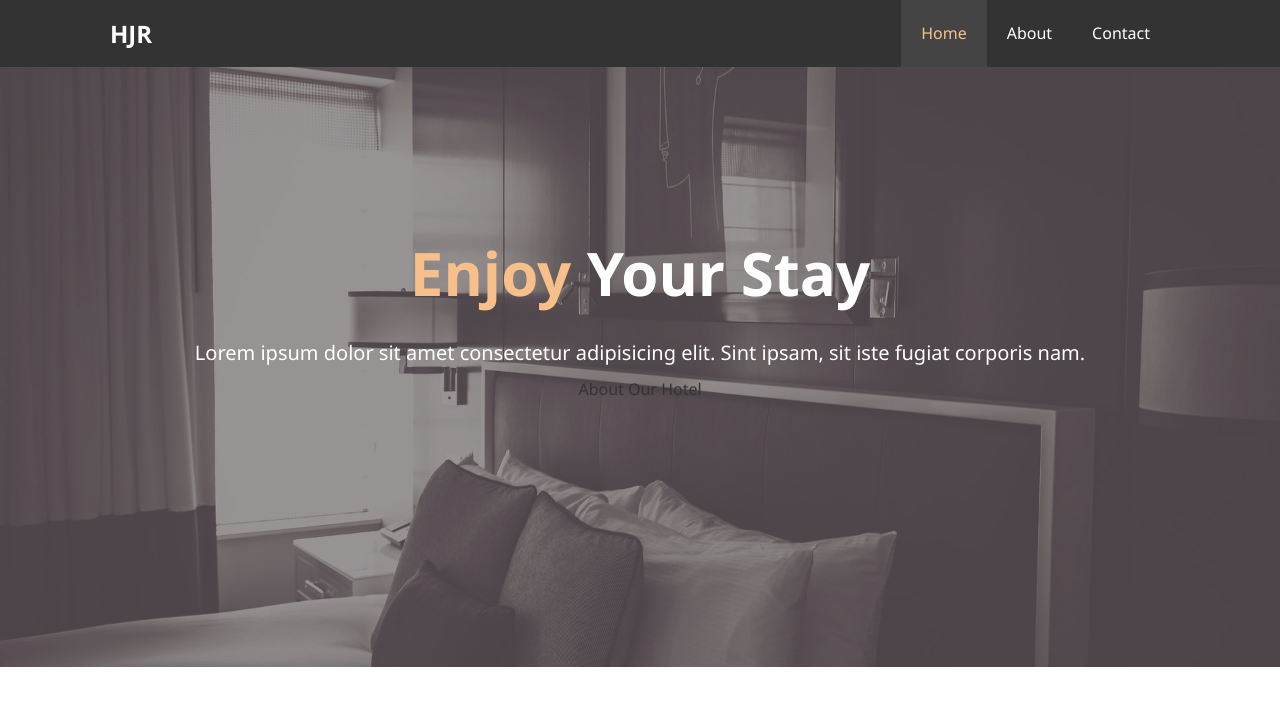
Repository: dimlutine/Hotel-Project
Page: index.html
These files come from the project's save history. The page is drawn as it stood at one moment and after the next save; the edit follows.
The browser window is 1280 px wide. The pictures show the whole page.

Above is the page before, as saved 2019-07-05 21:54:07.

### index.html
<!DOCTYPE html>
<html lang="en">

<head>
    <meta charset="UTF-8">
    <meta name="viewport" content="width=device-width, initial-scale=1.0">
    <meta http-equiv="X-UA-Compatible" content="ie=edge">
    <meta name="description" content="Welcome to the neatest hotel in Durham, North Carolina!">
    <meta name="keywords" content="hotel,durham hotel, north carolina hotel, rdu hotel">
    <link rel="stylesheet" href="css/style.css">
    <title>Hotel JR | Durham Hotel</title>
</head>

<body>
    <header>
        <nav id="navbar">
            <div class="container">
                <h1 class="logo"><a href="index.html">HJR</a></h1>
                <ul>
                    <li><a class="current" href="index.html">Home</a></li>
                    <li><a href="about.html">About</a></li>
                    <li><a href="contact.html">Contact</a></li>
                </ul>
            </div>

        </nav>
        <div id="showcase">
            <div class="container">
                <div class="showcase-content">
                    <h1>
                        <span class="text-primary">Enjoy</span> Your Stay
                    </h1>
                    <p class="lead">Lorem ipsum dolor sit amet consectetur adipisicing elit. Sint ipsam, sit iste fugiat corporis nam.</p>
                    <a class="btn" href="about.html">About Our Hotel</a>
                </div>
            </div>
        </div>
    </header>
</body>

</html>

### css/style.css
* {
    padding: 0;
    margin: 0;
    box-sizing: border-box;
}

html,
body {
    font-family: 'Segoe UI', 'Segoe UI', Tahoma, Geneva, Verdana, sans-serif;
    line-height: 1.7em;
}

a {
    color: #333;
    text-decoration: none;
}

h1,
h2,
h3 {
    padding-bottom: 20px;
}

p {
    margin: 10px 0;
}

.container {
    margin: auto;
    max-width: 1100px;
    overflow: auto;
    padding: 0 20px;
}

.text-primary {
    color: #f7c08a;
}

.lead {
    font-size: 20px;
}

#navbar {
    background: #333;
    color: #fff;
    overflow: auto;
}

#navbar a {
    color: #fff;
}

#navbar h1 {
    float: left;
    padding-top: 20px;
}

#navbar ul {
    float: right;
    list-style: none;
}

#navbar ul li {
    float: left;
}

#navbar ul li a {
    display: block;
    padding: 20px;
    text-align: center;
}

#navbar ul li a:hover,
#navbar ul li a.current {
    background: #444;
    color: #f7c08a;
}


/* Showcase */

#showcase {
    background: url('../img/showcase.jpg') no-repeat center center/cover;
    height: 600px;
}

#showcase .showcase-content {
    color: #fff;
    text-align: center;
    padding-top: 170px;
}

#showcase .showcase-content h1 {
    font-size: 60px;
    line-height: 1.2em;
}

After the next save:
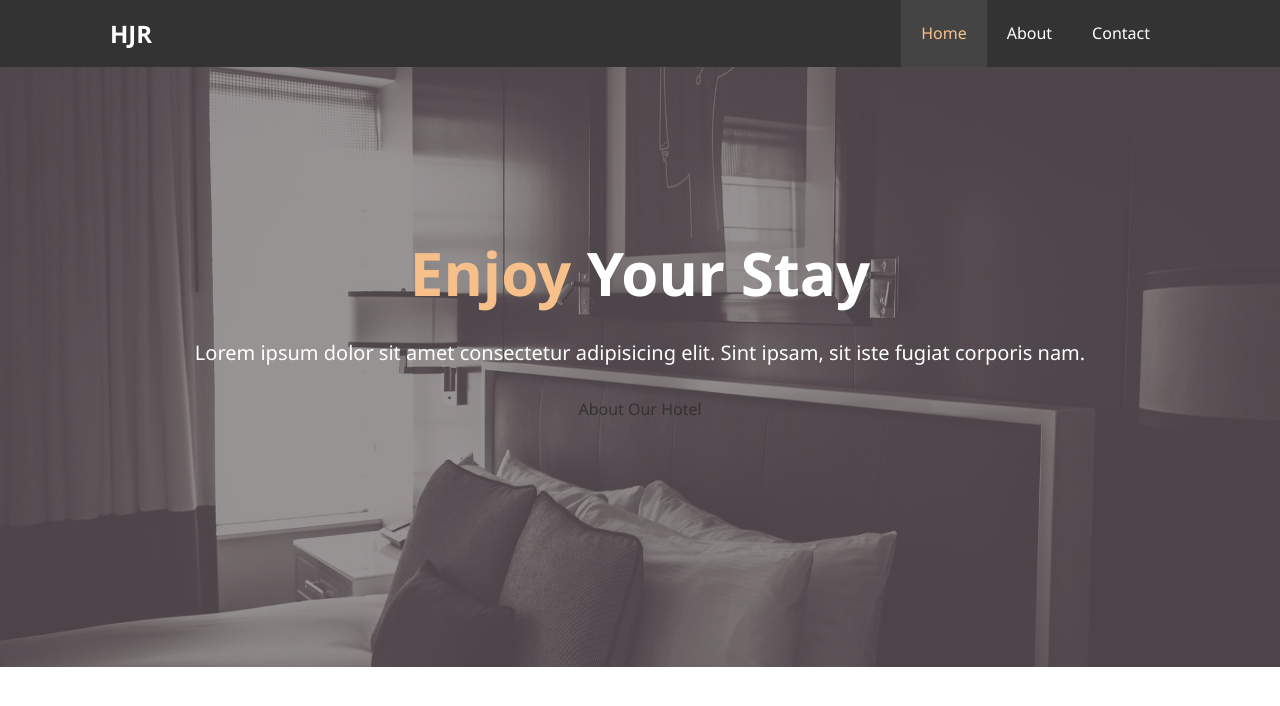
Saved 47 s later.
--- a/css/style.css
+++ b/css/style.css
@@ -24,6 +24,9 @@ h3 {
 p {
     margin: 10px 0;
 }
+
+
+/* Utilities */
 
 .container {
     margin: auto;
@@ -94,3 +97,7 @@ p {
     font-size: 60px;
     line-height: 1.2em;
 }
+
+#showcase .showcase-content p {
+    padding-bottom: 20px;
+}
